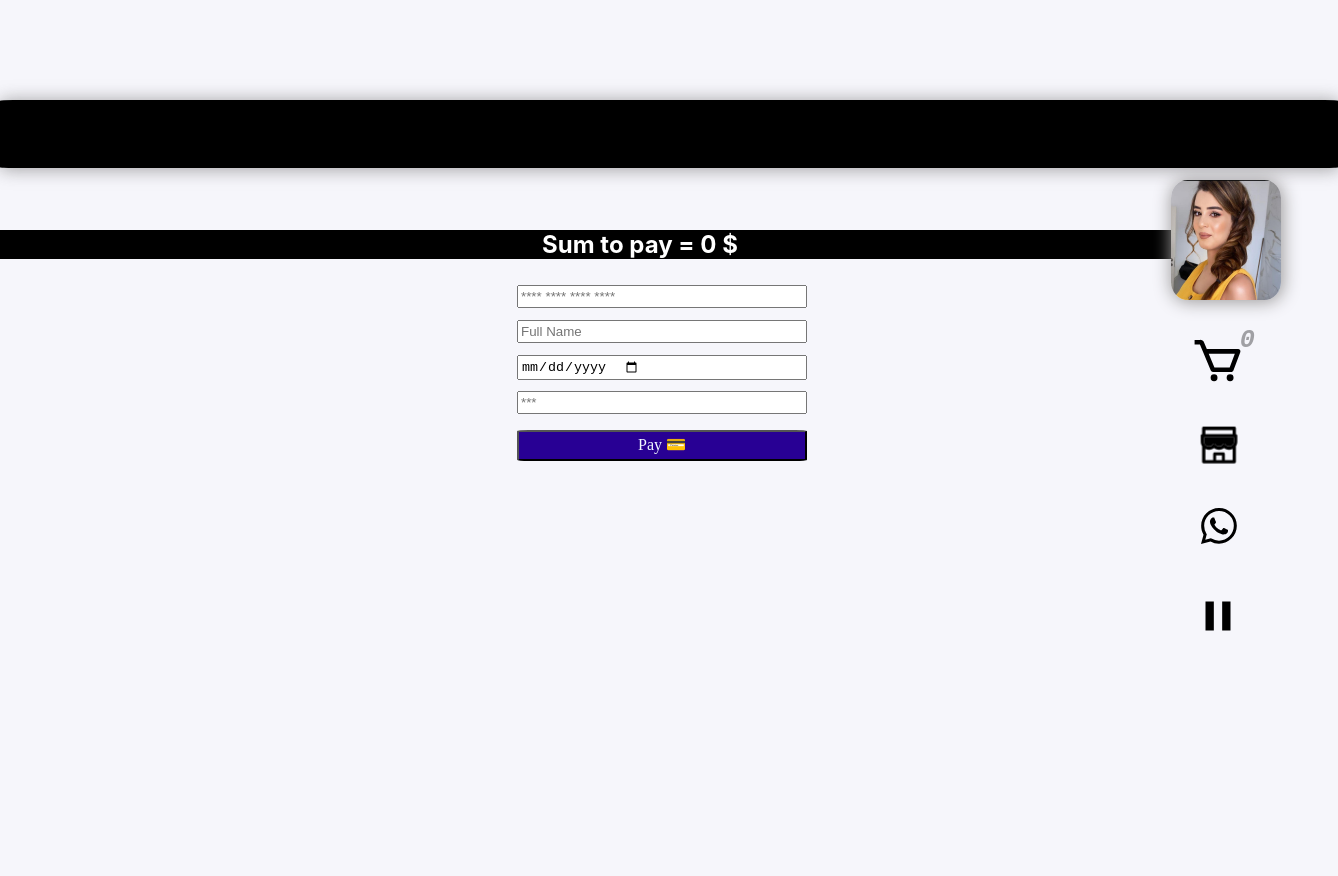
Repository: rehamAbass/BeautyCareShop
Page: /, after clicking the first element matching `svg.cartIcon`
The author's editor kept a copy of each file at every save. The page is drawn from the files as they stood at one save, then again after the next save.
The browser window is 1280 px wide. The page is 1338 px wide, so the pictures cover 1338 px, including what lies to the right of the window. The pictures show the whole page.
The page's requests for data from a server got no answer. Some web fonts or font styles are not loaded; a fallback is used. The project was rebuilt for these pictures with package versions that can differ from the ones it lists, and the page was loaded fresh each time. No one was signed in, and anything a server would have sent is missing. Also part of the build but not shown: src/components/allProducts/card-list.css, src/components/allProducts/prod/card.css, src/components/allProducts/prod/card.component.jsx, src/components/search-box/search-box.css, src/components/myCart/cartProduct/cartProduct.css, src/components/myCart/cartProduct/cartProduct.jsx. Imported but missing from the stored project, and not drawn on this page: src/components/header/music/ed.mp3.

Above is the page before, as saved 2022-06-08 17:35:47.

### public/index.html
<!DOCTYPE html>
<html lang="en">
  </style>
  <head>
    <meta charset="utf-8" />
    <link rel="icon" href="" />
    <meta name="viewport" content="width=device-width, initial-scale=1" />
    <meta name="theme-color" content="#000000" />
    <meta
      name="description"
      content="Web site created using create-react-app"
    />
    <link rel="apple-touch-icon" href="" />
    <link rel="manifest" href="%PUBLIC_URL%/manifest.json" />
    <link rel="preconnect" href="https://fonts.googleapis.com">
    <link rel="preconnect" href="https://fonts.gstatic.com" crossorigin>
    <link href="https://fonts.googleapis.com/css2?family=Bigelow+Rules&display=swap" rel="stylesheet">
    <link rel="preconnect" href="https://fonts.googleapis.com">
    <link rel="preconnect" href="https://fonts.gstatic.com" crossorigin>
    <link href="https://fonts.googleapis.com/css2?family=Bigelow+Rules&family=Dancing+Script&display=swap"
      rel="stylesheet">
    <title color:'purble'>BeautyShop💄</title>
  </head>
  <body>

    <div id="root"></div>
  </body>
</html>

<!--
  <video id="video1" loop="" muted="" src="https://prod-streaming-video-msn-com.akamaized.net/aa5cb260-7dae-44d3-acad-3c7053983ffe/1b790558-39a2-4d2a-bcd7-61f075e87fdd.mp4"></video>

 -->

### src/App.js

// import React from 'react'
import CardList from './components/allProducts/card-list.component';
import SearchBox from './components/search-box/search-box.component';
import './App.css'
import axios from "axios";
import React, { Component } from "react";
import Header from './components/header/header.component.jsx'
import { useState, useEffect } from 'react';
import Cart from './components/myCart/myCart.jsx'

const App = () => {
  const [products, setProducts] = useState([]);
  const [cartProducts, setCartProducts] = useState([]);
  const [filteredProducts, setFilteredProducts] = useState(products);
  const [searchString, setSearchString] = useState('');
  const [showCart, setShowCart] = useState(false);
    const [cartCounter, setCartCounter] = useState(0);
      const [Sum, setSum] = useState(0);
      const [imgs, setImgs] = useState([])

  //==========================================================================
  const   getDataFromDB= async ()=> {
    const response = await axios.get("http://localhost:8000/products/");
    setCartProducts(response);
  }
  //===========================================================
  const deleteProd = async (id) => {
    let response = await axios.delete(
      `http://localhost:8000/product/${id}`
    );
  }
  //=============================================================
  const saveProd = async (p) => {
    const response = await axios.post(
      "http://localhost:8000/product",p
    );
  }

   const  updateProd = async (p) => {
    const response = await axios.put(
      "http://localhost:8000/product",p
    );
  }
  //============================================================================
  useEffect(() => {
    fetch('http://makeup-api.herokuapp.com/api/v1/products.json?brand=maybelline')
      .then((res) => res.json())
      .then((users) => {
          users = users.map(user => (
         {id:user.id,
         name:user.name,
         brand:user.brand,
         price:user.price,
        image_link:user.image_link,
         product_link:user.product_link,
         description:user.description,
        rating:user.rating,
         product_type:user.product_type,
          product_api_url:user.product_api_url,
          product_colors:user.product_colors,
        amount:0
         }))


         getDataFromDB();
        setFilteredProducts(users);
        setProducts(users);
        setImgs(users.map((u)=>(u.image_link)));
      })
  }, []); // it runs only one time - no need to call it in each render because [] is empty !!
  //=========================================================================================
  useEffect(() => {
    let filteredgroup = products.filter((p) => p.name.toLowerCase().includes(searchString));
    setFilteredProducts(filteredgroup);
  }, [products, searchString])

  //========================================================================================
  const onSearchChanged = (event) => {
    let input = event.target.value.toLowerCase();
    setSearchString(input);
  }
  //=========================================================================================
  const addProduct=(product)=>{
        let updatePro = cartProducts.filter(p=> p.id === product.id);
     if(updatePro.length>0){
       // it means that YES the product exists before in Cart! just increase the amount of it:
       updatePro = updatePro[0];
       updatePro.amount +=1;
        let newarray = cartProducts.map(p=>( p.id === product.id ? updatePro:p )) ;
        setCartProducts(newarray);
     }else{
        let newProductToAdd = {...product, amount:1};
         setCartProducts([...cartProducts,newProductToAdd ]);
         saveProd(product);
         updateProd();
     }

      }
  //=================================================================================
  //    ,
  const deleteProduct = (product) => {
    let newArr = cartProducts.filter(p => p.id !== product.id);
    setCartProducts(newArr);
    deleteProd(product.id);
  }
 //===================================================================================
   const decreaseProduct=(product)=>{

     if(product.amount >1){
       let update = product;
       update.amount -=1;
        let newarray = cartProducts.map(p=>(p.id === product.id ? update:p )) ;
     setCartProducts(newarray);
     }else{ // amount was  === 1
        let newArr = cartProducts.filter(p=> p.id !== product.id);
         setCartProducts(newArr);
     }
      }
 //===================================================================================
useEffect(()=>{
  console.log("useEffect, cartProduct changes, so counter changes");
  let all =0;
  let summ=0;
  for(let p of cartProducts){
     all = all+p.amount;
    summ = summ+ (p.amount * p.price);
}
    setSum(summ);
    setCartCounter(all);
},[cartProducts]);

//====================================================================================
  useEffect(()=>{
    console.log("open Cart = ",showCart);
  },[showCart])
 //=========================================================================================
const HandleCart =(val)=>{
  setShowCart(val);
}
 const handleSumCount = ()=>{
  setSum(0);
  setCartProducts([]);
  setCartCounter(0);

 }
 //=========================================================================================
  return (
    <div className="App">
      <header className="App-header">
        <Header counter ={cartCounter}
        imgs={imgs}
        handleCart = {HandleCart}/>
        {showCart === false &&
          <div>
           <SearchBox
          className='search-box2'
          searchHandler={onSearchChanged}
          group={filteredProducts}
        />
            <CardList
              group={filteredProducts}
               addProduct={addProduct} />
        </div>

        }
          {(showCart === true) &&
            <Cart sum ={Sum} group={cartProducts}
           addProduct={addProduct}
            deleteProduct={deleteProduct}
            decreaseProduct={decreaseProduct}
              handleSumCount={handleSumCount}
            />
          }
      </header>
    </div>
  )
}

export default App;

### src/components/allProducts/card-list.component.jsx

import './card-list.css'
import Card from './prod/card.component'
import React from 'react'

const CardList = ({ group ,addProduct}) => {
    return (
        <div className='card-list'>
            {group.map((p,i) =>
                (
                    <Card
                    key={i}
                    product={p}
                     addProduct={addProduct}/>
                )
            )
            }
        </div >

    )
}

export default CardList;

### src/components/search-box/search-box.component.jsx

import React from 'react'
import './search-box.css'


const SearchBox = ({ className, placeholder, searchHandler, group }) => {

    return (
        <div className='search-box'>
            <input
                className={className}
                type='search'
                placeholder='Search Products'
                onChange={searchHandler}
                style={{
                     fontStyle:'unset', fontStretch: 'extra-expanded'
                , fontSize:'large', borderRadius:'15%'}}
            />
            {group.length === 0 ?
                <div className='alert2'> NO Products with this prefix </div> : ''}
        </div>
    )
}


export default SearchBox;

### src/App.css
body {
  margin: 0;
  padding: 0;
  font-family: -apple-system, BlinkMacSystemFont, 'Segoe UI', 'Roboto', 'Oxygen',
    'Ubuntu', 'Cantarell', 'Fira Sans', 'Droid Sans', 'Helvetica Neue',
    sans-serif;
    background-color:rgba(192, 190, 228, 0.135);
  -webkit-font-smoothing: antialiased;
  -moz-osx-font-smoothing: grayscale;
  text-align: center;
}



















/* -------------------------------------------------------------------------------------- */

/* .App {
  text-align: center;
}

.App-logo {
  height: 40vmin;
  pointer-events: none;
}

@media (prefers-reduced-motion: no-preference) {
  .App-logo {
    animation: App-logo-spin infinite 20s linear;
  }
}

.App-header {
  background-color: #2d5cba;
  min-height: 100vh;
  display: flex;
  flex-direction: column;
  align-items: center;
  justify-content: center;
  font-size: calc(10px + 2vmin);
  color: white;
}

.App-link {
  color: #61dafb;
}

@keyframes App-logo-spin {
  from {
    transform: rotate(0deg);
  }
  to {
    transform: rotate(360deg);
  }
}

*/

### src/components/header/header.component.jsx
import React from 'react'
import './header.css'
import Music from './music/music.component';
import fatme from './fatme.jpeg'
import CartIcon from './cartIcon/cartIcon.component';
import {BsWhatsapp} from 'react-icons/bs'
import {AiTwotoneShop} from 'react-icons/ai'

const Header = ({counter,imgs, handleCart}) => {
    return (
        <div className='headClass'>
        <div className='imgs'>
            {imgs.map((link, i) => (
                    (i>=19 && i <29)&&<img
                    style={{transform:'scale(1)' ,  margin:'0px'}}
                    key={i}
                    src={link} alt='prod' />

            ))}
        </div>

            <img className='myImg' src={fatme} alt='me'
            />
               <CartIcon
            counter={counter}
             handleCart={handleCart}
            />
            <AiTwotoneShop
            className='goHome'
                onClick={() => {
                     handleCart(false)}}
            />
            <h4 className='title' >
                <marquee direction='left' loop='2' >Fatima Beauty Care Shop</marquee>
            </h4>


            <Music />


            <a  className='whatsApp'  aria-label="whats"
                target="_blank" rel="noopener"
                href="https://api.whatsapp.com/send?phone=972543656019&text=hello%20Fatima%20from%20your%20BeautyCareShop%20Website%20💄"
              >
              <BsWhatsapp/>
            </a>
        </div>
    )
}

export default Header;

### src/components/myCart/myCart.jsx
import './myCart.css'
import React from 'react'
import Card from './cartProduct/cartProduct.jsx'
import { useState } from 'react'

import Pay from './Payment/Pay'


const Cart = ({ sum, group, addProduct, deleteProduct, decreaseProduct  , handleSumCount}) => {

        const [paid, setPaid] = useState(false);
        const handlePaid = (val) => {
                setPaid(val);
            }
            //--------------------------------------
    return (
        <div className='allComp' >
            <h2 className='sum'> Sum to pay =  { sum } $ </h2>
                 {(paid === false)&&
                 <Pay
                 sum={sum}
                     handlePaid={ handlePaid}
                      handleSumCount={handleSumCount}
                 />}

           {(paid == true)&&
            <h2
            style={{ fontSize: 'x-large' }}>
                THANK YOU MAN, PAID SUSSESSFULLY💳👍🏼👍🏼
            </h2>}


           {(paid === false) &&
            <div className='myCart' > {
                group.map((p, index) => (<
                                Card key = { index }
                                product = { p }
                                addProduct = { addProduct }
                                deleteProduct = { deleteProduct }
                                decreaseProduct = { decreaseProduct }
                                />)
                            )
            }
            </div>}
            </div>
                    )
                }


                export default Cart;

### src/components/header/header.css
.title {
    width: 110%;
    position: relative;
    font-size: 46px;
    font-weight: bolder;
    font-family: 'Dancing Script';
 color:rgb(251, 251, 251);
    font-stretch: extra-expanded;
    /* text-shadow: 11px 1px 11px rgb(255, 0, 123); */
    background-color: rgb(0, 0, 0);
     box-shadow: 1px 1px 17px 1px rgba(135, 134, 135, 0.74);
     margin-top: 40px;
     border-radius:1%;
}
.imgs{
    width: 110%;
    position: relative;
    height:60px;
     margin: 0px;
}
.goHome{
    color:rgb(0, 0, 0);
     position:fixed;
    margin-left: 47%;
    margin-top:376px;
     transform: scale(2.6);
}
.goHome:hover{
    color:rgb(160, 160, 164);
    transform:scale(3);
}
.whatsApp{
    color:rgb(0, 0, 0);
     position:fixed;
    margin-left: 47%;
    margin-top:290px;
     transform: scale(2);
}
.whatsApp:hover{
  color:rgb(160, 160, 164);

   }
.myImg{
    position:fixed;
    margin-left: 44%;
    margin-top:120px;
    width: 110px;
  height: 120px;
    box-shadow: 1px 1px 17px 1px rgb(155, 153, 153);
    border-radius:15%;
}

.headClass {
    border-radius: 12%;
    width: 95%;
    height: 30px;
    font-size: large;
    /* font-weight: 700; */
    font-style: italic;

}

### src/components/header/music/music.component.jsx
import './music.css'
import { useState, useEffect } from 'react'
import { MdPlayArrow, MdPause } from 'react-icons/md'
import  React  from 'react'
import ed from "./ed.mp3";

const aud = new Audio(ed);
aud.play();

const Music = () => {
    const [flagPlaying, setIsActive] = useState(true);
    const handleClick = (value) => {
        setIsActive(value);
        if (value === true) {
            aud.loop = true;
            aud.play();
        } else {
            aud.pause();
            aud.loop = false;
        }
    }

    return (<div className='myAudio'>
        {(flagPlaying === false) &&
            <MdPlayArrow
                className='btnAudio'
                onClick={() => {
                    if (flagPlaying === false) {
                        handleClick(true);
                    }
                }}
            />
        }
        {(flagPlaying === true) &&
            <MdPause
                className='btnAudio'
                style={{color:'black'}}
                onClick={() => {
                    if (flagPlaying === true) {
                        handleClick(false);
                    }
                }}
            />
        }
    </div>
    )
}


export default Music;

### src/components/header/cartIcon/cartIcon.component.jsx
import React from 'react'
import './cart.css'
import { BiCart } from "react-icons/bi";


const CartIcon = ({ counter,handleCart}) => {

    return (
        <div className='cart-container'>
            <span className='counter'>{counter}</span>
            <BiCart
                    className='cartIcon'
                    onClick={() => {
                      handleCart(true);
                     }}
                />
        </div>
    )
}
export default CartIcon;

### src/components/myCart/myCart.css
.myCart{
    width:600px;
    max-width: 900px;
    margin-left:1%;
    display: grid;
    position:relative;
    grid-template-Columns:  1fr 1fr 1fr;
    grid-gap: 0.4%;
    margin-top: 2%;
    margin-bottom:30%;
}
.sum{
    background-color: black;
    color:white;
    margin-top: 200px;
}
.alert1 {
    margin-top: 200px;
    text-align: center;
    /* padding: 40px; */
    /* color: rgb(55, 100, 212); */
    color:black;
    font-size: 50px;
    font-stretch: extra-expanded;
    font-family: 'Dancing Script';
    font-weight: bolder;
    text-shadow: 1px 1px  1px rgb(0, 0, 0);
    transform: scale(1.22);
    /* margin-top: '36%'; */
    margin-left:110%;
}

.alertPay {
     margin-left:-42%;
  /* margin-top: 400px; */
    text-align: center;
    color: rgb(13, 37, 100);
    font-size: 350x;
    /* font-stretch: extra-expanded; */
    /* font-family: 'Dancing Script'; */
    font-weight: bolder;
    text-shadow: 1px 1px  1px rgb(0, 0, 0);

}


.paybtn:hover{
    color:rgb(3, 3, 216);
    background-color:rgb(252, 252, 252);
    box-shadow: 1px 1px 2px 1px  rgb(0, 52, 197);
}

### src/components/myCart/Payment/Pay.jsx


import React from 'react'
import './Pay.css'

import {useState} from 'react';

const Pay =(sum, handlePaid, handleSumCount)=>{
    const [onChangee , setOnChangee] = useState({});
    const onChangeHandler =(obj)=>{
        setOnChangee(obj);
        }
 //-------------------------------
return (
    <div >

    <form id="cc-form" >

    <input type="password" className='inputt'
    name="number" placeholder='**** **** **** ****'/>
    <input type="text" name="name"
    className='inputt' placeholder='Full Name'/>
    <input type="date" className='inputt'
    name="expiry" placeholder='**/****'/>
    <input type="password" className='inputt'
    name="cvc" placeholder='***'/>

            <button className='payy'
                onClick={() => {
                    handlePaid(true);
                     handleSumCount(true);
                      }}>
                 Pay 💳
                 </button>
</form>
    </div>
)

}



export default Pay;

### src/components/header/music/music.css
.myAudio {}

.btnAudio {
    width:  50px;
    height: 50px;
    position:fixed;
    margin-left: 45.7%;
    margin-top: 362px;
    color:rgb(0, 0, 0);
    border-radius: 90%;
}

.btnAudio:hover {
   color : rgb(160, 160, 164);
    transform: scale(1.125);
    box-shadow: 1px 1px 10px 1px  rgb(160, 162, 169);
}

### src/components/header/cartIcon/cart.css
.cartIcon{
     position:fixed;
    width:55px;
    height:55px;
    color:rgb(0, 0, 0);
    margin-top:1%;
    /* transform: translateZ(-1);
    transition: transform 0.25s ease-out; */
}
.cartIcon:hover{
    transform:scale(1.12);
    color:rgb(160, 160, 164);
}
.cart-container{
    position:fixed;
    margin-left: 93%;
    margin-top: 260px;
}
.cart-container:hover{
    color:rgb(0, 0, 0);
 /* transform: scale(1); */
 cursor: pointer;
}
.counter{
    font-size:large;
    font-family:'Courier New', Courier, monospace;

    color:rgb(160, 160, 164);
    font-weight:bolder;
    text-align: right;
      transform: scale(1.4);
    text-shadow: 2px 2px 12px 12px rgb(0, 0, 0);
    position: fixed;
    margin-left: 4%;
    margin-top:0.8%;
}

### src/components/myCart/Payment/Pay.css
.inputt{
    margin:5px ;
    padding:2px;
    cursor:pointer;
     display: flex;
    flex-direction: row;
}

#cc-form{
    margin-left: 40%;
    width: 300px;
    /* flex-direction: row; */
    align-items: center;
    position:relative;
     display: grid;
    /* grid-template-columns: 1fr; */
    grid-template-rows: 1fr 1fr 1fr 1fr ;
}
.payy{
    cursor:pointer;
    border: 5  rgb(0, 0, 0);
   margin:5px;
    height:31px;
    margin-top:10px;
      color:aliceblue;
      padding: 3px;
      padding-top: 0px;
    background-color:rgb(40, 0, 148);
   font-family:serif;
    font-size:medium;
    font-weight:400;
    border-radius:4%;
}

Loaded but not shown: src/index.js (common file); src/index.css (common file)

After the next save:
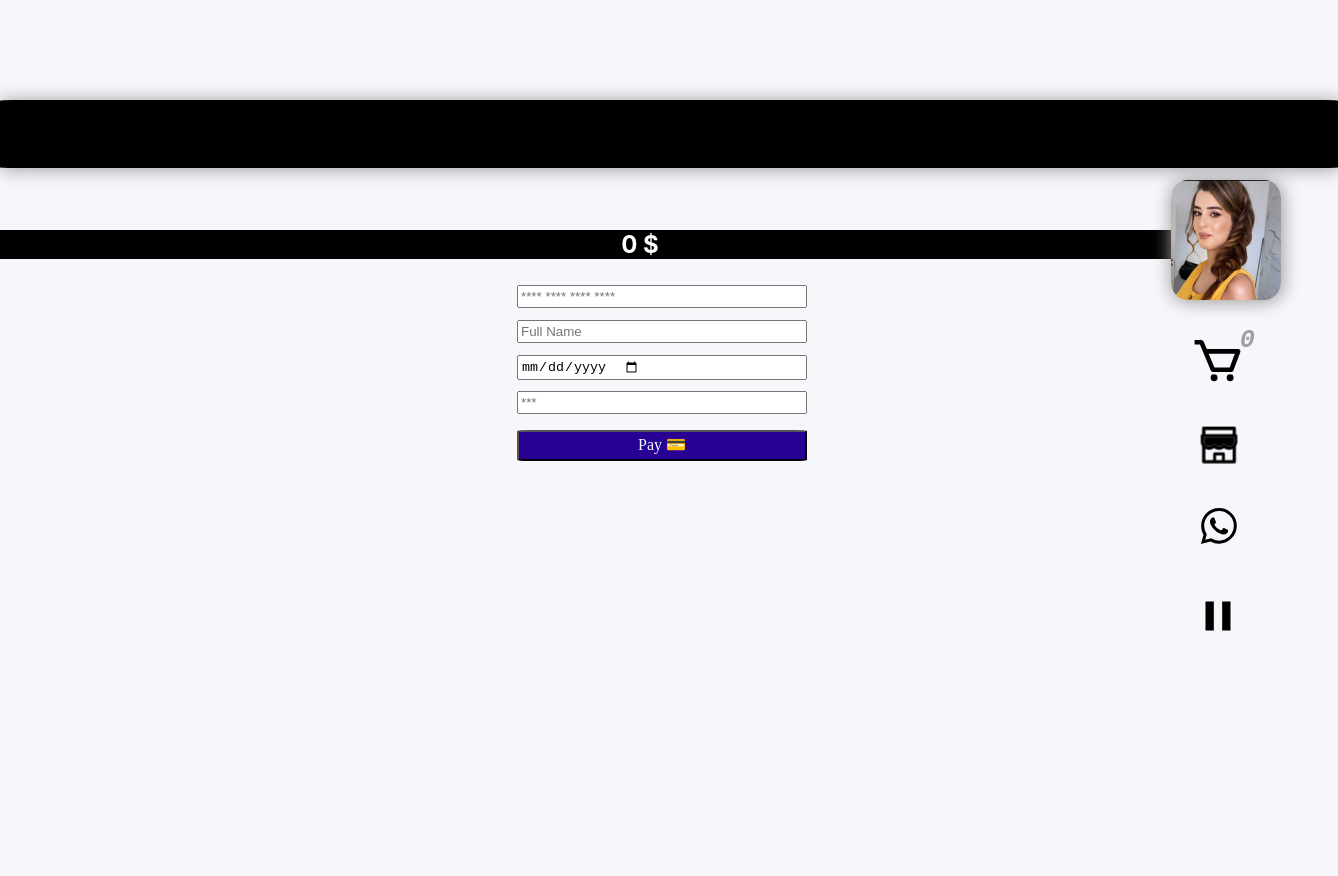
Saved 36 s later.
--- a/src/components/myCart/myCart.jsx
+++ b/src/components/myCart/myCart.jsx
@@ -15,7 +15,7 @@ const Cart = ({ sum, group, addProduct, deleteProduct, decreaseProduct  , handle
             //--------------------------------------
     return (
         <div className='allComp' >
-            <h2 className='sum'> Sum to pay =  { sum } $ </h2>
+            <h2 className='sum'> { sum } $ </h2>
                  {(paid === false)&&
                  <Pay
                  sum={sum}
